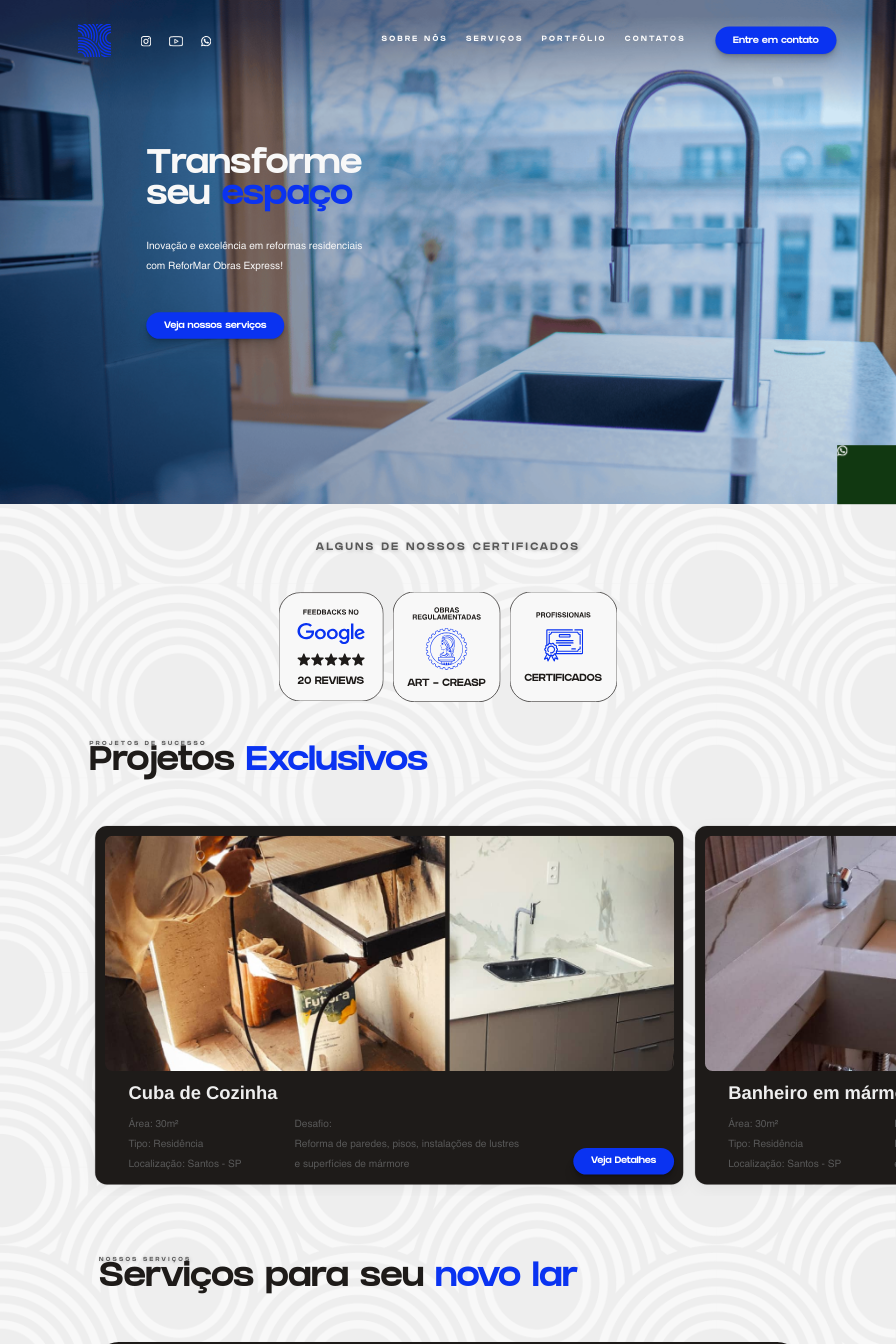
Repository: lucastdcs/ReforMar
Page: /
These files come from the project's save history. The page is drawn as it stood at one moment and after a run of saves; the edit follows.
The browser window is 1280 px wide. The pictures show the part of the page from y = 0 to 1920 px (the page is 9722 px tall), at 70% of full size.
Backgrounds fixed to the window are drawn as part of the page. The project was rebuilt for these pictures with package versions that can differ from the ones it lists, and the page was loaded fresh each time. Also part of the build but not shown: vite.config.js, src/Components/EmailPopUp/EmailPopUp.styled.js, src/Components/EmailPopUp/EmailPopUp.jsx, src/Components/Carrousel/Carousel.styled.js, src/Components/Carrousel/Carousel.jsx, src/Components/ServicesCardImg/ServicesCardImg.styled.js, src/Components/ServicesCardImg/ServicesCardImg.jsx, src/Pages/Servicos.jsx and 4 more.

Above is the page before, as saved 2025-01-03 23:54:36.

### index.html
<!doctype html>
<html lang="pt-br">

<head>
  <meta charset="UTF-8" />
  <meta name="viewport" content="width=device-width, initial-scale=1.0" />

  <!-- Favicon -->
  <link rel="icon" href="/Favicon.svg" type="image/svg+xml">
  <link rel="shortcut icon" href="/Favicon.svg" type="image/svg+xml">

  <!-- SEO Meta Tags -->
  <meta name="description"
    content="A ReforMar - Obras Express oferece serviços rápidos e eficientes de reforma e construção. Confie em nossa equipe especializada para transformar seu espaço com qualidade e agilidade.">
  <meta name="keywords"
    content="reforma, construção, obras express, reforma residencial, reforma comercial, reformas rápidas, qualidade, agilidade, ReforMar">
  <meta name="author" content="ReforMar - Obras Express">

  <!-- Open Graph Meta Tags -->
  <meta property="og:title" content="ReforMar - Reformas e Construções Rápidas">
  <meta property="og:description"
    content="A ReforMar - Obras Express oferece serviços rápidos e eficientes de reforma e construção. Confie em nossa equipe especializada para transformar seu espaço com qualidade e agilidade.">
  <meta property="og:image" content="https://reformarobrasexpress.com.br/assets/image1-Bzcdwp6d.jpg">
  <meta property="og:url" content="https://reformarobrasexpress.com.br">
  <meta property="og:type" content="website">
  <meta property="og:locale" content="pt_BR">

  <!-- Twitter Meta Tags -->
  <meta name="twitter:card" content="summary_large_image">
  <meta name="twitter:title" content="ReforMar - Reformas e Construções Rápidas">
  <meta name="twitter:description"
    content="A ReforMar - Obras Express oferece serviços rápidos e eficientes de reforma e construção. Confie em nossa equipe especializada para transformar seu espaço com qualidade e agilidade.">
  <meta name="twitter:image" content="https://reformarobrasexpress.com.br/assets/image1-Bzcdwp6d.jpg">

  <meta property="og:title" content="Reformar Obras Express">
  <meta property="og:description" content="Serviços rápidos de reforma e construção.">
  <meta property="og:image" content="https://reformarobrasexpress.com.br/assets/image1-Bzcdwp6d.jpg">
  <meta property="og:url" content="https://reformarobrasexpress.com.br/">
  <meta property="og:type" content="website">

  <!-- Title -->
  <title>ReforMar - Reformas e Construções Rápidas</title>

</head>

<body>
  <div id="root"></div>
  <div id="portal"></div>
  <script type="module" src="/src/main.jsx"></script>
</body>

</html>

### src/index.css
@import './assets/styles/base/fonts.css';
@import './assets/styles/base/variables.css';

:root {

  color: rgb(248, 248, 248);
  background-color: var(--off-white);


  font-synthesis: none;
  text-rendering: optimizeLegibility;
  -webkit-font-smoothing: antialiased;
  -moz-osx-font-smoothing: grayscale;
}

*,
*::before,
*::after {
  box-sizing: border-box;
  margin: 0;
  padding: 0;
}

html {
  font-size: 52.5%;
  scroll-behavior: smooth;
}

body {
  overflow-x: hidden;
  display: flex;
  justify-content: center;
  align-items: center;
  margin: 0;
  padding: 0;
  width: 100vw;
  background-image: url("./assets/imgs/Grafismo.png");
  background-repeat: repeat-y;
  background-attachment: fixed;
  background-size: contain;
}


::-webkit-scrollbar {
  width: 1.5rem;
  height: 1.5rem;
}

::-webkit-scrollbar-track {
  background: var(--sb-track-color);
  border-radius: 10px;
}

::-webkit-scrollbar-thumb {
  background: var(--sb-thumb-color);
  border-radius: 10px;
}

/* Estilizando a barra de rolagem para navegadores que não suportam WebKit */
@supports not selector(::-webkit-scrollbar) {
  body {
    scrollbar-color: var(--sb-thumb-color) var(--sb-track-color);
  }
}

.slide-in {
  position: fixed;
  top: 0;
  left: 0;
  width: 100%;
  height: 100vh;
  background-color: red;



  transform-origin: bottom;
}

.slide-out {
  position: fixed;
  top: 0;
  left: 0;
  width: 100%;
  height: 100vh;
  background-color: red;
  transform-origin: top;
}

.project_title {
  margin: 0 0.5rem;
}

### src/Components/Footer/Footer.jsx
import React from "react";
import { StyledContainer, Legal } from "./Footer.styled";
import instagram from "../../assets/icons/instagram.svg";
import whatsapp from "../../assets/icons/whatsapp.svg";
import youtube from "../../assets/icons/youtube.svg";
import logo from "../../assets/icons/logo-simbolo.svg";
import { Text } from "../../assets/styles/typography.styled";

const Footer = () => {
  return (
    <>
      <StyledContainer>
        <div className="wrapper">
          <div className="socials_wrapper">
            <span>
              <a href="https://www.instagram.com/reformarobras/">
                <img src={instagram} alt="Logo do Instagram" />
              </a>
              <a href="https://www.youtube.com/@reformarobrasexpress">
                <img src={youtube} alt="Logo do Youtube" />
              </a>
              <a href="">
                <img src={whatsapp} alt="Logo do Whatsapp" />
              </a>
            </span>
            <img src={logo} alt="" />
          </div>
          <ul>
            <li className="list_title">
              <Text>Empresa</Text>
            </li>
            <li>
              <a href="/sobreNos">
                <Text>Sobre Nós</Text>
              </a>
            </li>
            <li>
              <a href="/servicos">
                <Text>Serviços</Text>
              </a>
            </li>
            <li>
              <a href="/contato">
                <Text>Contatos</Text>
              </a>
            </li>
          </ul>
          <ul>
            <li className="list_title">
              <Text>Legal</Text>
            </li>
            <li>
              <Text>Política e Privacidade</Text>
            </li>
            <li>
              <Text>Termos de uso</Text>
            </li>
          </ul>
          <ul>
            <li className="list_title">
              <Text>Contatos</Text>
            </li>
            <li>
              <Text>atendimento@reformarobrasexpress.com.br</Text>
            </li>
            <li>
              <Text>(11) 93961-2000</Text>
            </li>
            <li>
              <Text>(13) 98220-2000</Text>
            </li>
            <li>
              <Text>São Paulo - SP</Text>
            </li>
            <li>
              <Text>São Vicente - SP</Text>
            </li>
          </ul>
        </div>
      </StyledContainer>
      <Legal>
        <Text>© 2024 ReforMar Obras Express. All rights reserved.</Text>
      </Legal>
    </>
  );
};

export default Footer;

### src/Components/WhatsappButton/WhatsappButton.jsx
import React from "react";
import whatsappIcon from "../../assets/icons/whatsapp.svg";
import styled from "styled-components";

export const WhatsappButton = () => {
  const WhatsappMainBtn = styled.a`
    width: 10rem;
    height: 10rem;
    position: fixed;
    right: 0;
    bottom: 0;
    background-color: #113811;

    img {
      object-fit: cover;
      w
    }
  `;
  return (
    <div>
      <WhatsappMainBtn href="https://wa.me/5511939612000">
        <img src={whatsappIcon} alt="Ícone do WhatsApp" />
      </WhatsappMainBtn>
    </div>
  );
};

### src/assets/styles/base/fonts.css
@import './variables.css';

@font-face {
    font-family: 'Grifter';
    src: url('../../fonts/GRIFTERBold.woff2') format('woff2');
    font-weight: bold;
    font-style: normal;
    font-display: swap;
  }

@font-face {
    font-family: 'Helvetica';
    src: url('../../fonts/Helvetica.woff2') format('woff2');
    font-weight: normal;
    font-style: normal;
    font-display: swap;
  }

### src/assets/styles/base/variables.css
@import './fonts.css';

:root {
  /* Cores */
  --color-primary: #0590FA;
  --color-secondary: #0567F8;
  --color-tertiary: rgb(10, 51, 241);
  --color-error: #F85C5C;
  --off-white: #EEEEEE;
  --grey1: #B5B5B5;
  --grey: #585858;
  --grey-shadow: rgb(88, 88, 88, 0.3);
  --black: rgb(30, 27, 25);
    /* Fontes */
    --font-family-grifter: 'Grifter', sans-serif;
  --font-family-helvetica: 'Helvetica', sans-serif;

  /* scroll bar */

  --sb-track-color: #B5B5B5;
  --sb-thumb-color: #0a33f1;
  --sb-size: 12px;


  /* Tamanhos de Fonte */
  --font-size-h1: 16rem;
  --font-size-h2: 10rem;
  --font-size-h3: 5rem;
  --font-size-h4: 4.5rem;
  --font-size-h5: 4rem;
  --font-size-h6: 2rem;
  --font-size-h7: 1.8rem;
  --font-size-label15: 1.5rem;
  --font-size-label10: 1rem;

  /* Tamanhos de Fonte Mobile */
  --font-size-mh1: 8rem;
  --font-size-mh2: 5rem;
  --font-size-mh3: 2.6rem;
  --font-size-mh4: 2.2rem;
  --font-size-mh5: 2rem;
  --font-size-mh6: 1.8rem;
  --font-size-mh7: 2rem;
  --font-size-mp: 1.6rem;
  --font-size-mlabel1: 1rem;
  --font-size-mlabel2: 0.8rem;
  --font-size-mbutton: 1.2rem;

  /* Espaçamentos */
  --spacing-200: 200%;
  --spacing-160: 160%;
  --spacing-100: 100%;
  --spacing-90: 90%;

}

### src/Components/Button/Button.jsx
import React from "react";
import StyledButton from "./Button.styled.js";
import {useNavigate} from 'react-router-dom'

const Button = (props) => {

  const navigate = useNavigate();

  const handleClick = () => {
    if (props.onClick) {
      props.onClick();
    } else if (props.destino) {
      navigate(`/${props.destino}`)
      window.scrollTo(0, 0);
    }
  }

  // const redirect = () => {
  //   navigate(`${'/' + props.destino}`);
  // };

  return (
    <StyledButton
      whileHover={{ scale: 0.95 }}
      transition={{ type: "spring", stiffness: 400, damping: 10 }}
      whileTap={{ scale: 1 }}
      id="btn_contact"
      className={props.className}
      variantType={props.variantType}
      type={props.type}
      onClick={handleClick}
    >
      {props.texto}
    </StyledButton>
  );
};

export default Button;

### src/Components/Titles/Titles.jsx
import React from "react";
import { LabelTitle } from "../../assets/styles/typography.styled.js";
import { H2 } from "../../assets/styles/typography.styled.js";


const Titles = (props) => {

  return (
    <>
      <LabelTitle  className="project_title small">{props.text_label}</LabelTitle>
      <H2 className="project_title big">{props.text_title} <span>{props.text_span}</span></H2>
    </>
  );
};

export default Titles;

### src/Components/Card/Card.jsx
import React, { useState, useEffect, lazy, Suspense } from "react";

const LazyOverlay = lazy(() => import("../ProjectsOverlay/ProjectsOverlay"));

import { StyledCard } from "./Card.styled";
import Button from "../Button/Button";
import { H5 } from "../../assets/styles/typography.styled";
import { Text } from "../../assets/styles/typography.styled";

const Card = (props) => {

  const [showOverlay, setShowOverlay] = useState(false);
  const toggleOverlay = () => {
    setShowOverlay(!showOverlay);
    console.log("toggle ativado");
  };

  useEffect(() => {
    if (showOverlay) {
      document.body.style.overflow = 'hidden';
    } else {
      document.body.style.overflow = '';
    }
    return () => {
      document.body.style.overflow = '';
    };
  }, [showOverlay]);

  return (
    <div>
      <StyledCard className={props.className}>
        <img src={props.img} alt="" />

        <div className="card_wrapper">
          <H5 className="title">{props.title}</H5>
          <Text className="text1">
            Área: {props.area} <br />
            Tipo: {props.type} <br />
            Localização: {props.location}
            <br />
          </Text>
          <Text className="text2">
            Desafio: <br />
            {props.description}
          </Text>
          <Button
            texto="Veja Detalhes"
            className="btn"
            onClick={props.overlay ? toggleOverlay : null}
            destino={!props.overlay ? props.destino : null}
          />
        </div>
      </StyledCard>
      {showOverlay && <Suspense><LazyOverlay {...props} onClick={toggleOverlay} images={props.images} rating={props.rating}/></Suspense>}
    </div>
  );
};

export default Card;

### src/Components/ServicesCard/ServicesCard.jsx
import React from "react";
import { StyledServicesCard } from "./ServicesCard.styled";
import Button from "../Button/Button";
import { H4 } from "../../assets/styles/typography.styled";
import { Text } from "../../assets/styles/typography.styled";

const ServicesCard = (props) => {
  return (
    <>
      <StyledServicesCard>
        <span>
          <img src={props.icon} />
        </span>

        <H4>{props.title}</H4>
        <Text>{props.text}</Text>
        <div>
          <Button texto="Entre em contato" variantType="outline" destino="contato" />
          <Button texto="Veja nosso portfólio" destino="portfolio"/>
        </div>
      </StyledServicesCard>
    </>
  );
};

export default ServicesCard;

### src/Components/Badges/Badges.jsx
import React from "react";
import StyledContainer from "./Badges.styled";
import certificadosBadge from "../../assets/badges/Badge (2).svg";
import googleBadge from "../../assets/badges/certificados.svg";
import creaspBadge from "../../assets/badges/creasp.svg";

const Badges = (props) => {
  return (
    <>
      <StyledContainer className={props.className}>
        <figure>
          {" "}
          <img src={googleBadge} alt="" draggable="false"/>
        </figure>
        <figure>
          <img src={creaspBadge} alt="" draggable="false"/>
        </figure>
        <figure>
          <img src={certificadosBadge} alt="" draggable="false"/>
        </figure>
      </StyledContainer>
    </>
  );
};

export default Badges;

### src/Components/MotionCarousel/MotionCarousel.jsx
import React, { useRef, useState, useEffect } from "react";
import { StyledCarouselNew, Inner, Item } from "./MotionCarousel.styled";
import { filterProps } from "framer-motion";

const CarouselNew = ({ children, className }) => {
  const carousel = useRef();
  const [width, setWidth] = useState(0);

  const updateWidth = () => {
    if (carousel.current) {
      const scrollWidth = carousel.current.scrollWidth;
      const offsetWidth = carousel.current.offsetWidth;
      setWidth(scrollWidth - offsetWidth);
    }
  };

  useEffect(() => {
    updateWidth();
    window.addEventListener("resize", updateWidth);
    return () => window.removeEventListener("resize", updateWidth);
  }, []);

  return (
    <>
      <StyledCarouselNew ref={carousel} whileTap={{ cursor: "grabbing" }}>
        <Inner className={className} drag="x" dragConstraints={{ right: 0, left: -width }}>
          {React.Children.map(children, (child, index) => (
            <Item key={index}>{child}</Item>
          ))}
        </Inner>
      </StyledCarouselNew>
    </>
  );
};

export default CarouselNew;

### src/Components/FeedbackSection/FeedbackSection.jsx
import React from "react";
import { StyledContainer } from "./FeedbackSection.styled";
import Titles from "../Titles/Titles";
import Carousel from "../Carrousel/Carousel";
import CarouselNew from "../MotionCarousel/MotionCarousel";
import FeedbackCard from "../FeedbackCard/FeedbackCard";
import Button from "../Button/Button";
import Photo from "../../assets/imgs/FBimg.png";
import Eder from "../../assets/imgs/Elder.jpg";

import Vanessa from "../../assets/imgs/Vanessa.jpg";
import Luciana from "../../assets/imgs/Luciana.jpg";

const FeedbackSection = () => {
  return (
    <StyledContainer>
      <Titles
        text_label="feedback de clientes"
        text_title="Ouça de nossos"
        text_span="clientes satisfeitos!"
      />

      <CarouselNew className="fb_carousel_inner">
        <FeedbackCard rating={4} photo={Photo} name="Paso Import" type="empresa" date="JUN/2024" text="Empresa profissional e rápida. A equipe do Rodrigo é prestativa. Serviço
        excelente. Valeu o preço. Fiquei surpreendido e recomendo!"/>
        <FeedbackCard rating={5} photo={Eder} name="Eder Espacini" type="técnico" date="JUN/2024" text="Foi um ótimo atendimento, rápido, preciso e de qualidade. a equipe de Rodrigo foi excelente!"/>
        <FeedbackCard rating={4} photo={Luciana} name="Luciana Rocha" type="-" date="MAR/2024" text="Ótima empresa! Profissionalismo nota 10. Equipe do Rodrigo Vitor me deram todo suporte antes, durante e depois."/>
        <FeedbackCard rating={5} photo={Vanessa} name="Vanessa Oliveira" type="-" date="JUN/2024" text="Foram rápidos para atender a minha demanda, e trabalho feito com excelência."/>

      </CarouselNew>

      <Button texto="Entre em contato" destino="contato"/>
    </StyledContainer>
  );
};

export default FeedbackSection;

### src/Components/NumbersSection/NumbersSection.jsx
import React from "react";
import {StyledContainer} from "./NumbersSection.styled";
import NumbersGrid from "../NumbersGrid/NumbersGrid";
import Titles from "../Titles/Titles";
import Button from "../Button/Button";

const NumbersSection = () => {
  return (
    <StyledContainer>
      <Titles text_label="" text_title="Nossos" text_span="Números:" />
      <NumbersGrid />
      <Button texto="Entre em contato" destino="contato"/>
    </StyledContainer>
  );
};

export default NumbersSection;

### src/Components/FeedbackCard/FeedbackCard.jsx
import React from "react";
import StyledContainer from "./FeedbackCard.styled";
import { H7, H6, Label, Text } from "../../assets/styles/typography.styled";


const StarIcon = ({ filled }) => (
  <svg
    width="20"
    height="20"
    viewBox="0 0 24 24"
    fill="none"
    xmlns="http://www.w3.org/2000/svg"
  >
    <path
      d="M12 17.27L18.18 21l-1.64-7.03L22 9.24l-7.19-.61L12 2 9.19 8.63 2 9.24l5.46 4.73L5.82 21z"
      fill={filled ? "#0A33F1" : "#1E1B19"}
    />
  </svg>
);

const StarRating = ({ rating }) => {
  const stars = Array.from({ length: 5 }, (_, index) => (
    <StarIcon key={index} filled={index < rating} />
  ));

  return <div style={{ display: 'flex' }}>{stars}</div>;
};

const FeedbackCard = (props) => {
  return (
    <StyledContainer>
      <img src={props.photo} className="fb_photo" />
      <H7 className="fb_name">{props.name}</H7>
      <Label className="fb_type">{props.type}</Label>
      <span className="fb_stars">
        <StarRating rating={props.rating} />
      </span>
      <H6 className="fb_date">{props.date}</H6>
      <Text className="fb_comentary">{props.text}</Text>
    </StyledContainer>
  );
};

export default FeedbackCard;

### src/Components/Values/Values.jsx
import React from "react";
import { Text } from "../../assets/styles/typography.styled.js";
import { H4 } from "../../assets/styles/typography.styled.js";
import { StyledContainer } from "./Values.styled.js";

const Values = (props) => {
  return (
    <StyledContainer className={props.className}>
      <span><img src={props.icon}/></span>
      <H4>{props.title}</H4>
      <Text>{props.text}</Text>
    </StyledContainer>
  );
};

export default Values;

### src/Components/NumbersGrid/NumbersGrid.jsx
import React from "react";
import { StyledNumbersGrid } from "./NumbersGrid.styled";
import NumbersCard from "../NumbersCard/NumbersCard";

const NumbersGrid = () => {
  return (
    <StyledNumbersGrid>
      <NumbersCard item="card1" number="9+">
        Colaboradores <br /> no Time
      </NumbersCard>
      <NumbersCard item="card2" number="2+ anos" align="right">
        No mercado
      </NumbersCard>
      <NumbersCard
        item="card3"
        number="91% dos clientes"
        align="right"
        size="h2"
      >
        Nos recomendam
      </NumbersCard>
      <NumbersCard item="card4" number="25+">
        Projetos lançados
      </NumbersCard>
    </StyledNumbersGrid>
  );
};

export default NumbersGrid

### src/Components/NumbersCard/NumbersCard.jsx
import React from "react";
import { H1 } from "../../assets/styles/typography.styled";
import { H5 } from "../../assets/styles/typography.styled";
import StyledContainer from "./NumbersCard.styled";

const NumbersCard = (props) => {
    return (
        <StyledContainer align={props.align} className={props.item} size={props.size}>
            <H1>{props.number}</H1>
            <H5>{props.children}</H5>
        </StyledContainer>
    );
};

export default NumbersCard;

Loaded but not shown: src/Components/Header/Header.styled.js (236 lines, source omitted); src/assets/styles/typography.styled.js (79 lines, source omitted); src/Components/NumbersGrid/NumbersGrid.styled.js (104 lines, source omitted); src/Components/ContactUs/ContactUs.styled.js (95 lines, source omitted); src/Components/Card/Card.styled.js (83 lines, source omitted); src/Components/Footer/Footer.styled.js (78 lines, source omitted); src/Components/ValuesSection/ValuesSection.styled.js (68 lines, source omitted); src/Components/Form/Form.styled.js (67 lines, source omitted); src/Components/FeedbackCard/FeedbackCard.styled.js (65 lines, source omitted); src/Components/NumbersCard/NumbersCard.styled.js (54 lines, source omitted); src/Components/Button/Button.styled.js (32 lines, source omitted); src/Components/ServicesCard/ServicesCard.styled.js (57 lines, source omitted); src/Components/MotionCarousel/MotionCarousel.styled.js (25 lines, source omitted); src/Components/FeedbackSection/FeedbackSection.styled.js (32 lines, source omitted); src/Components/Badges/Badges.styled.js (24 lines, source omitted); src/Components/Values/Values.styled.js (16 lines, source omitted); src/Components/NumbersSection/NumbersSection.styled.js (11 lines, source omitted); src/Pages/Início.jsx (247 lines, source omitted); src/Components/ContactUs/ContactUs.jsx (106 lines, source omitted); src/Components/Form/Form.jsx (167 lines, source omitted); src/Components/ValuesSection/ValuesSection.jsx (68 lines, source omitted); src/Components/Header/Header.jsx (84 lines, source omitted); src/main.jsx (97 lines, source omitted)

After the next 2 saves:
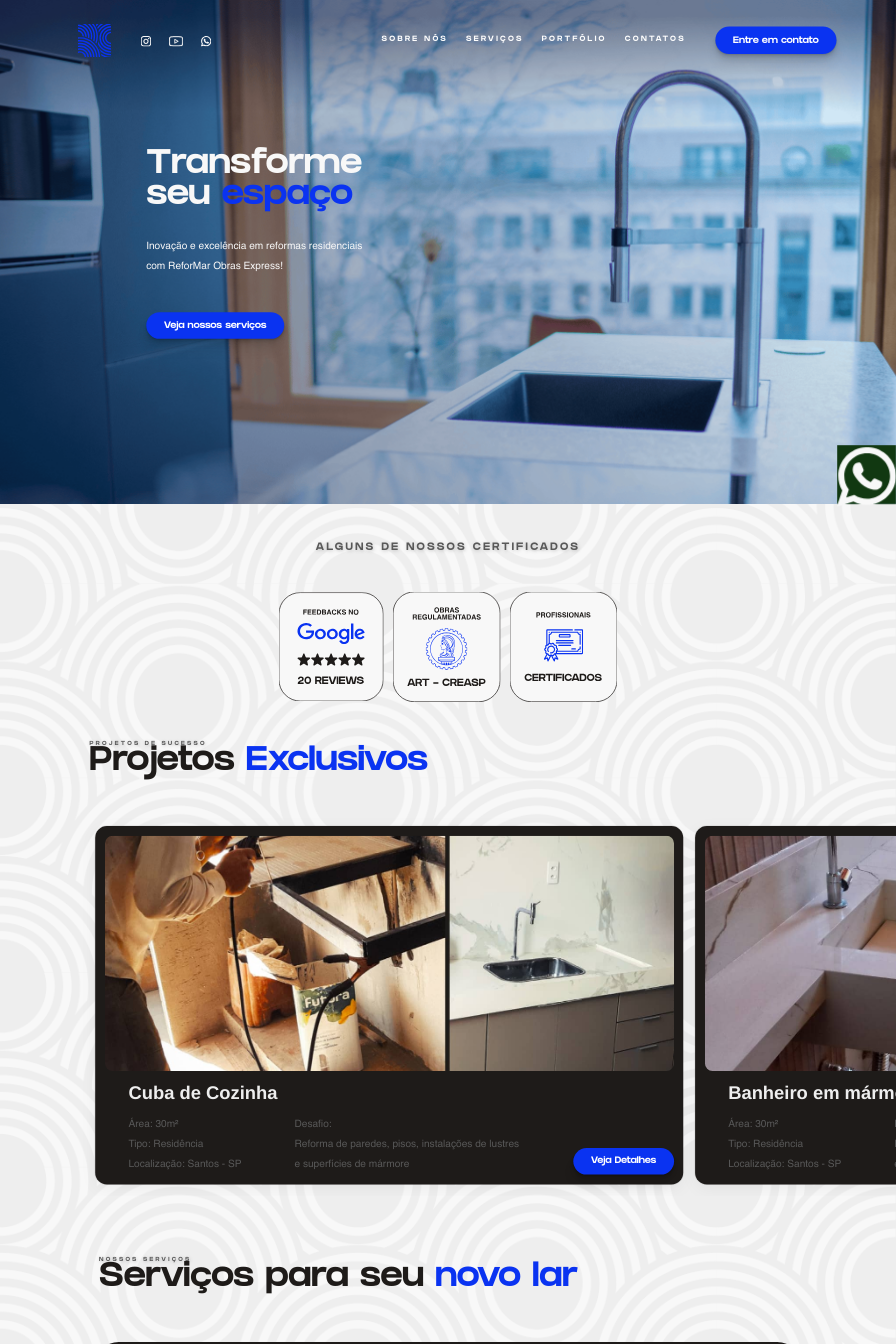
The 2 saves are shown as one change because they came seconds apart.
The last was saved 6 s later.
--- a/src/Components/WhatsappButton/WhatsappButton.jsx
+++ b/src/Components/WhatsappButton/WhatsappButton.jsx
@@ -13,7 +13,7 @@ export const WhatsappButton = () => {
 
     img {
       object-fit: cover;
-      w
+      width: 100%;
     }
   `;
   return (
